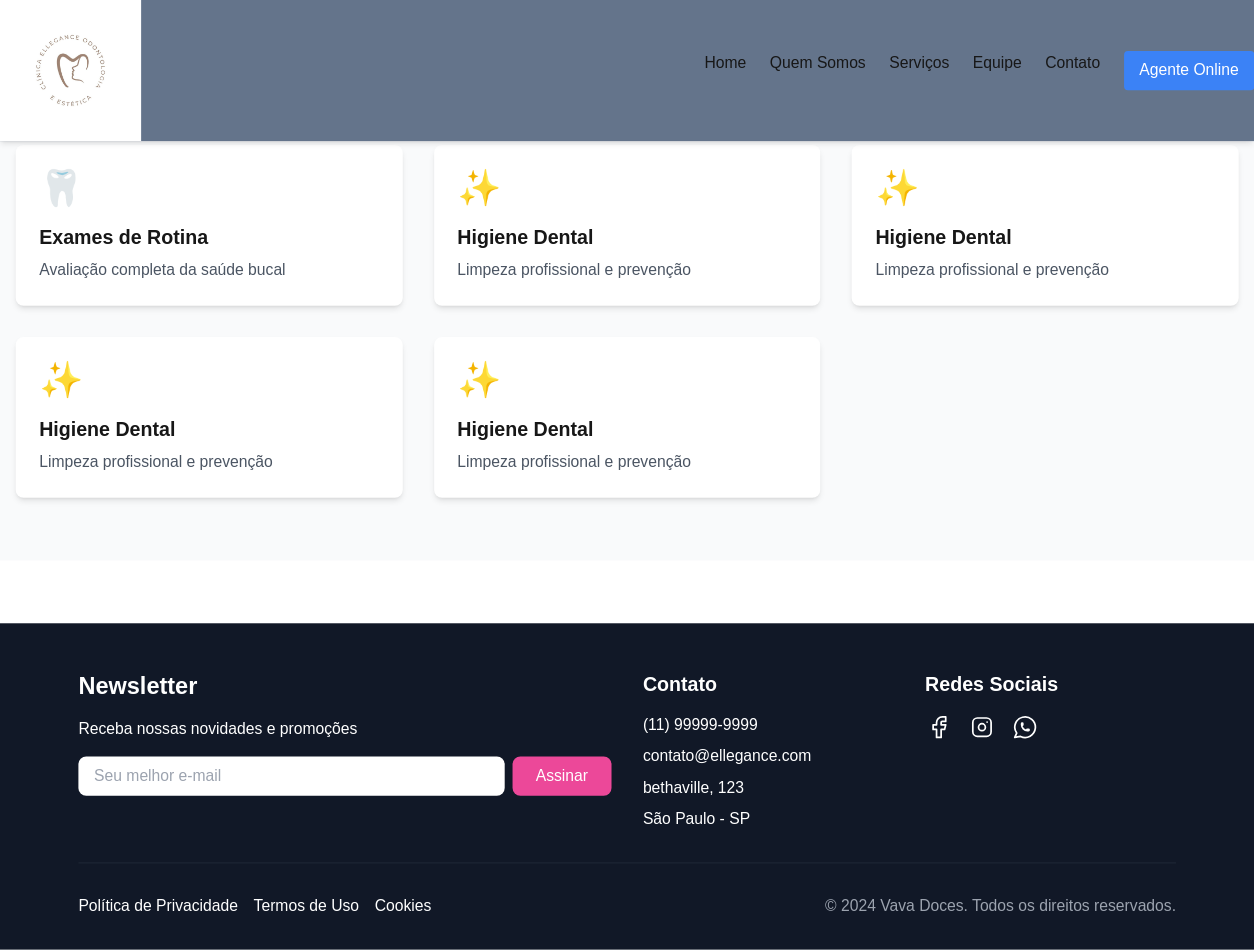
Repository: francisguitt/ellegance_odontologia
Page: /services_
These files come from the project's save history. The page is drawn as it stood at one moment and after the next save; the edit follows.
The browser window is 1280 px wide. The pictures show the whole page, at 98% of full size.
The project was rebuilt for these pictures with package versions that can differ from the ones it lists, and the page was loaded fresh each time. The framework's server and built-in components were replaced by stand-ins that run in the browser. Also part of the build but not shown: next.config.mjs.

Above is the page before, as saved 2025-02-22 11:24:51.

After the next save:
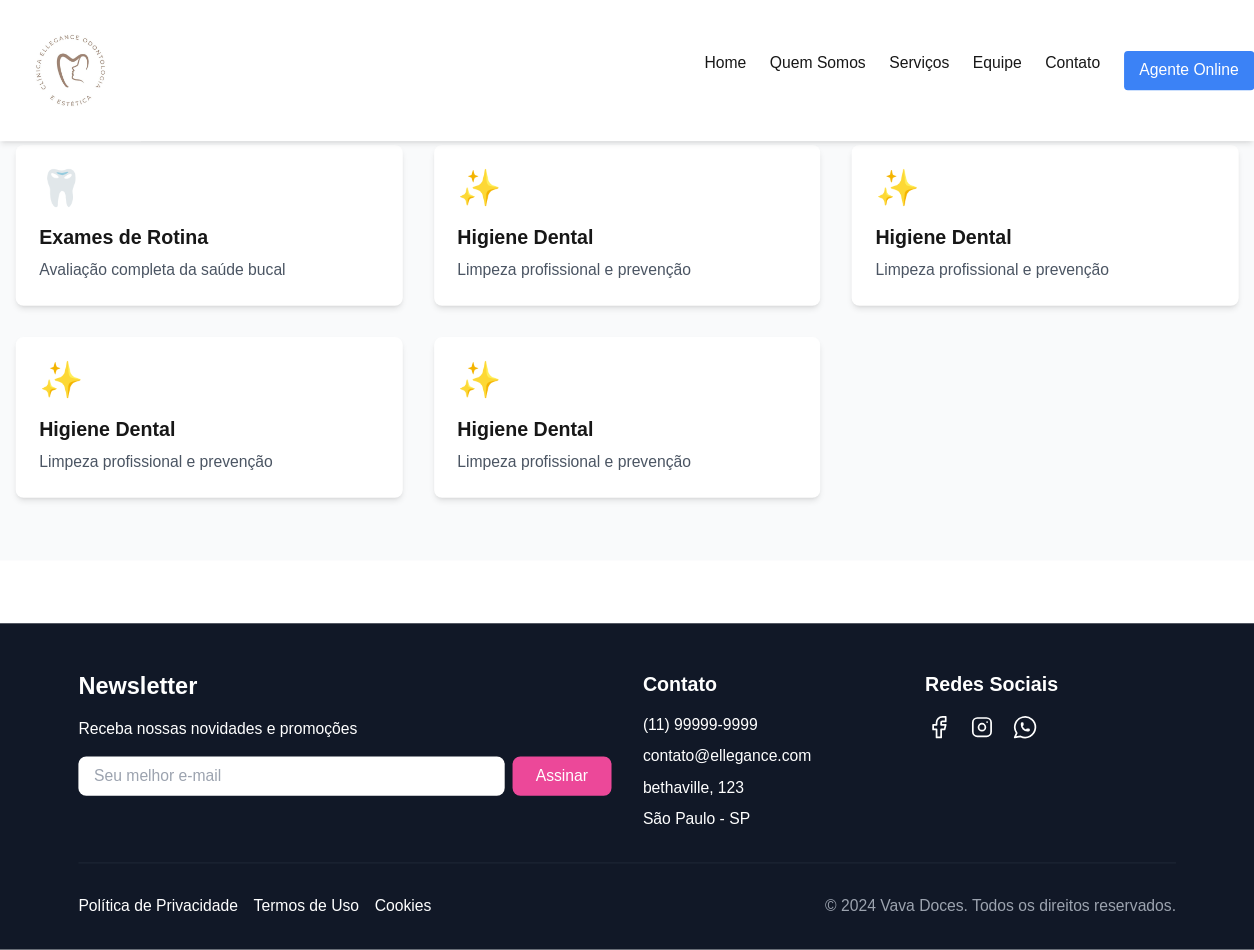
Saved 52 s later.
--- a/src/app/components/header.tsx
+++ b/src/app/components/header.tsx
@@ -24,7 +24,7 @@ const Header = () => {
 
   return (
     <header className="fixed w-full  bg-white shadow-md z-50">
-      <div className="container mx-auto  flex justify-between items-center bg-slate-500">
+      <div className="container mx-auto  flex justify-between items-center ">
         <div className="logo">
           <Image
             src={logo}
